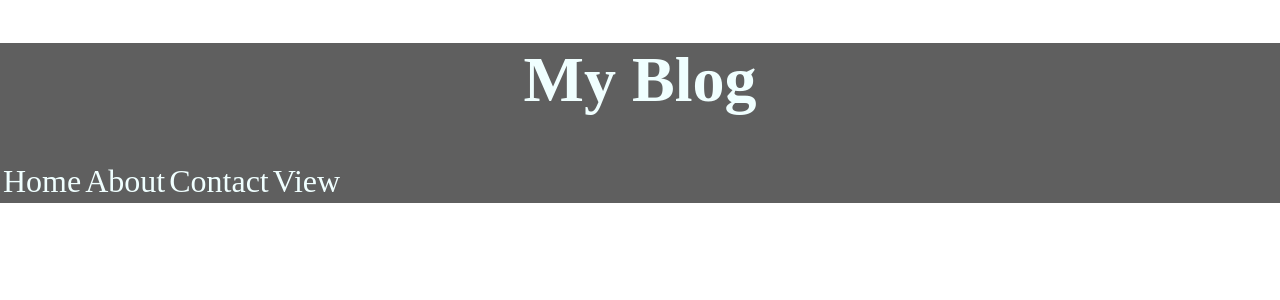
Repository: obusakthi539/Loginform
Page: Myblog.html
The author's editor kept a copy of each file at every save. The page is drawn from the files as they stood at one save, then again after a run of saves.
The browser window is 1280 px wide. The pictures show the whole page.

Above is the page before, as saved 2025-01-12 12:33:03.

After the next 5 saves:
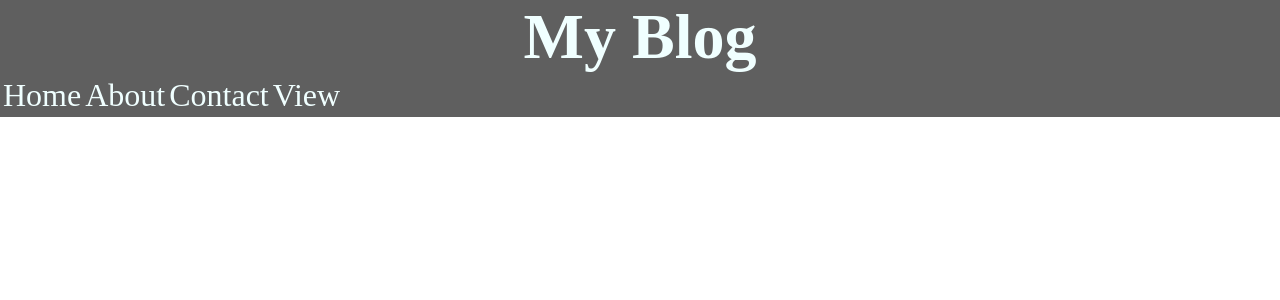
The 5 saves are shown as one change because they came seconds apart.
The last was saved 109 s later.
--- a/Myblog.html
+++ b/Myblog.html
@@ -17,6 +17,9 @@
             font-size: xx-large;
             align-items: center;
         }
+        h1{
+            margin: 0px;
+        }
     </style>
 </head>
 <body>
